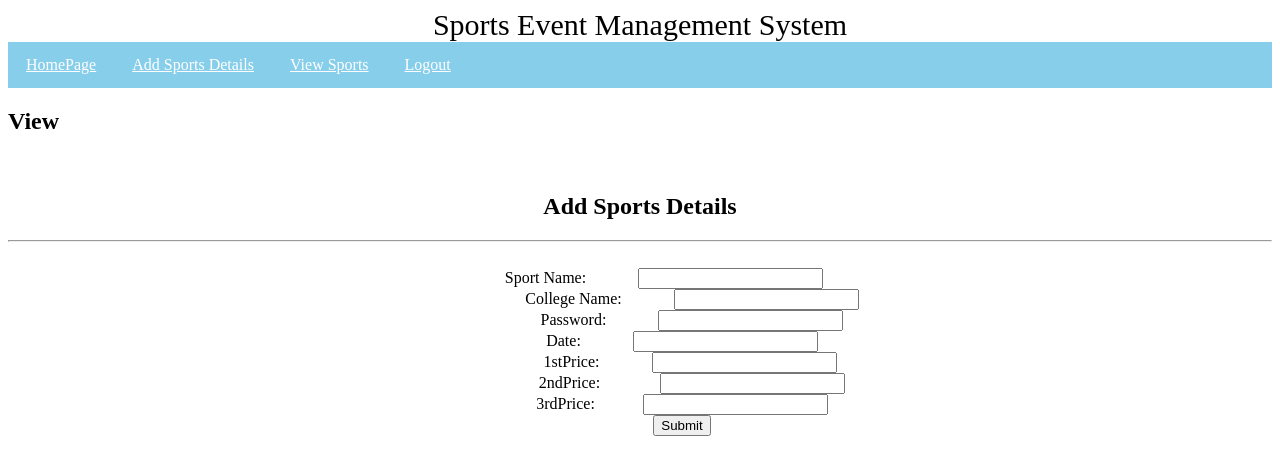
Repository: svrm1014/sportseventmanagement
Page: http://localhost/sportsmanagement/WEB-INF/views/addsportsdetails.jsp
An editor plug-in stored every save of this project. The page is shown before and after the next save, followed by the edit.
The browser window is 1280 px wide. The pictures show the whole page.
The page is served by Tomcat 9. Nobody is signed in. The template is opened directly, without the code that normally fills it, so the values that code supplies are empty.

Above is the page before, as saved 2021-05-04 00:37:48.

After the next save:
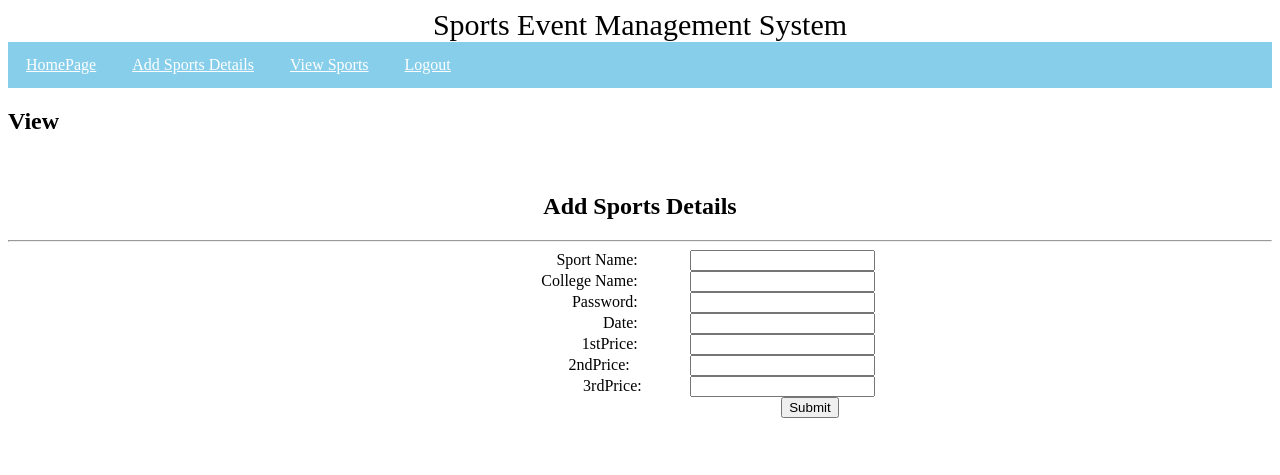
Saved 21 min 32 s later.
--- a/sportsmanagement/src/main/webapp/WEB-INF/views/addsportsdetails.jsp
+++ b/sportsmanagement/src/main/webapp/WEB-INF/views/addsportsdetails.jsp
@@ -27,6 +27,10 @@ padding : 14px 18px;
 color:white;
 }
 
+form{
+display:inline-block;
+text-align:right;
+}
 </style>
 
 <meta http-equiv="Content-Type" content="text/html; charset=ISO-8859-1">
